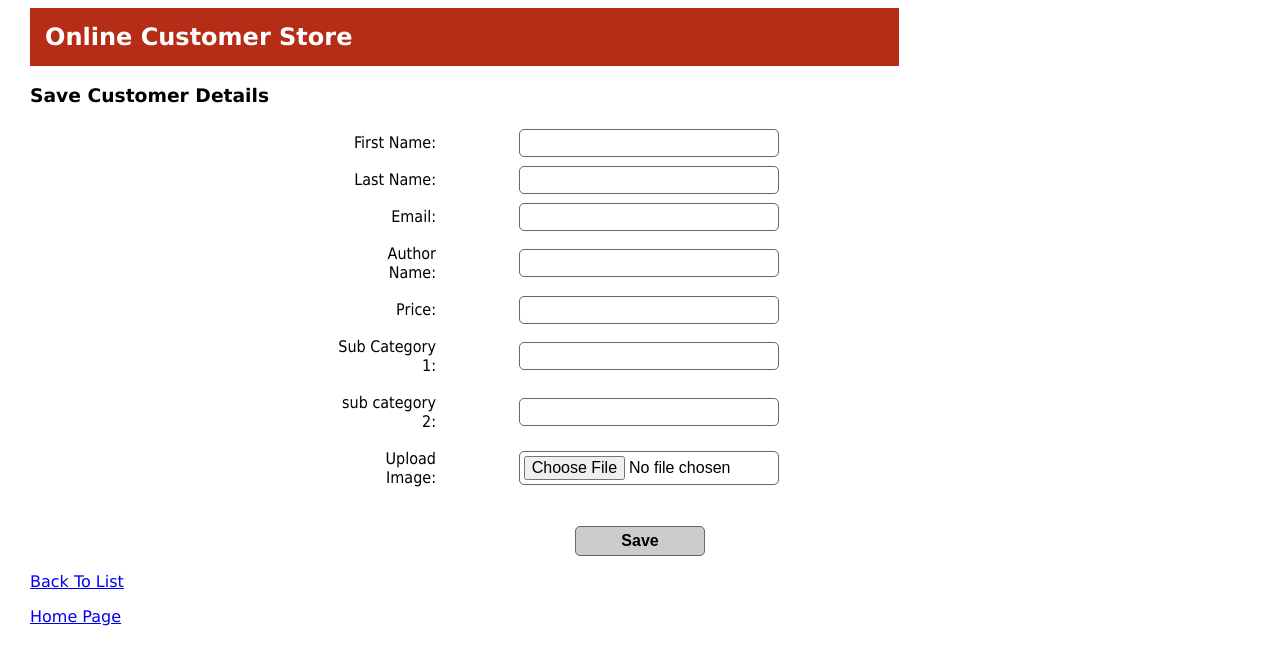
Repository: vsc8791/IMS
Page: http://localhost/onlinebookstore/WEB-INF/view/customer-form.jsp
The author's editor kept a copy of each file at every save. The page is drawn from the files as they stood at one save, then again after the next save.
The browser window is 1280 px wide. The pictures show the whole page.
The page is served by Tomcat 9. Nobody is signed in. Other server files are loaded and not shown. The template is opened directly, without the code that normally fills it, so the values that code supplies are empty.

Above is the page before, as saved 2018-07-30 13:46:14.

### onlinebookstore/WebContent/WEB-INF/view/customer-form.jsp
 <%@ taglib prefix="form" uri="http://www.springframework.org/tags/form"%>
<!DOCTYPE html>
<html>
<head>

<title>Save Customer</title>
<link type="text/css" rel="stylesheet"
	href="${pageContext.request.contextPath}/resources/css/style.css">

<title>Save Customer</title>
<link type="text/css" rel="stylesheet"
	href="${pageContext.request.contextPath}/resources/css/add-customer-style.css">
</head>
<body>
	<div id="wrapper">
		<div id="header">
			<h2>Online Customer Store</h2>
		</div>
	</div>
	<div>
		<h3>Save Customer Details</h3>
		<form:form action="saveCustomer" modelAttribute="customer"
			method="POST">
			<!-- need to associate this data with Customer Id -->
			<form:hidden path="id"/>

			<table align="center">
				<tbody>

					<tr>
						<td><label>First Name:</label></td>
						<td><form:input path="firstname" /></td>
					</tr>

					<tr>
						<td><label>Last Name:</label></td>
						<td><form:input path="lastname" /></td>
					</tr>

					<tr>
						<td><label>Email:</label></td>
						<td><form:input path="email" type="email" /></td>
					</tr>


					<tr>
						<td><label>Author Name:</label></td>
						<td><form:input path="author"/></td>
					</tr>
					<tr>
						<td><label>Price:</label></td>
						<td><form:input path="price" type="number" /></td>
					</tr>
					<tr>
						<td><label>Sub Category 1:</label></td>
						<td><form:input path="subcategory1" /></td>
					</tr>
					<tr>
						<td><label>sub category 2:</label></td>
						<td><form:input path="subcategory2"/></td>
					</tr>

					<tr>
						<td><label>Upload Image:</label></td>
						<td><form:input path="imgpath"  type="file"/></td>
					</tr>

				</tbody>

			</table>
			<center><input  type="submit" value="Save" class="save" /></center>
		</form:form>
		<!--  <center><input  type="submit" value="Save" class="save"/> </center> -->
		<div style="clear;both;"></div>
		<p><a href="${pageContext.request.contextPath}/customer/list">Back To List</a></p>
			<a href="http://localhost:8082/onlinebookstore/">Home Page</a>
	</div>

</body>


</html>

### onlinebookstore/WebContent/resources/css/style.css
html, body{
	margin-left:15px; margin-right:15px;
	padding:0px;
	font-family:Verdana, Arial, Helvetica, sans-serif;
}

table {
	border-collapse:collapse;
	border-bottom:1px solid gray;
	font-family: Tahoma,Verdana,Segoe,sans-serif;
	width:72%;
}

th {
	border-bottom:1px solid gray;
	background:none repeat scroll 0 0 #ff8080;
	padding:10px;
	color: #FFFFFF;
}

tr {
	border-top:1px solid gray;
	text-align:center;
}

tr:nth-child(even) {background: #FFFFFF}
tr:nth-child(odd) {background: #BBBBBB}

#wrapper {width: 100%; margin-top: 0px; }
#header {width: 70%; background:#b52c17; margin-top: 0px; padding:15px 0px 15px 15px;}
#header h2 {width: 100%; margin:auto; color: #FFFFFF;}
#container {width: 100%; margin:auto}
#container h3 {color: #000;}
#container #content {margin-top: 20px;}

.add-button {
	border: 1px solid #666;
	border-radius: 5px;
	padding: 4px;
	font-size: 12px;
	font-weight: bold;
	width: 120px;
	padding: 5px 10px;

	margin-bottom: 15px;
	background: #cccccc;
}

Loaded but not shown: onlinebookstore/WebContent/resources/css/add-customer-style.css (common file)

After the next save:
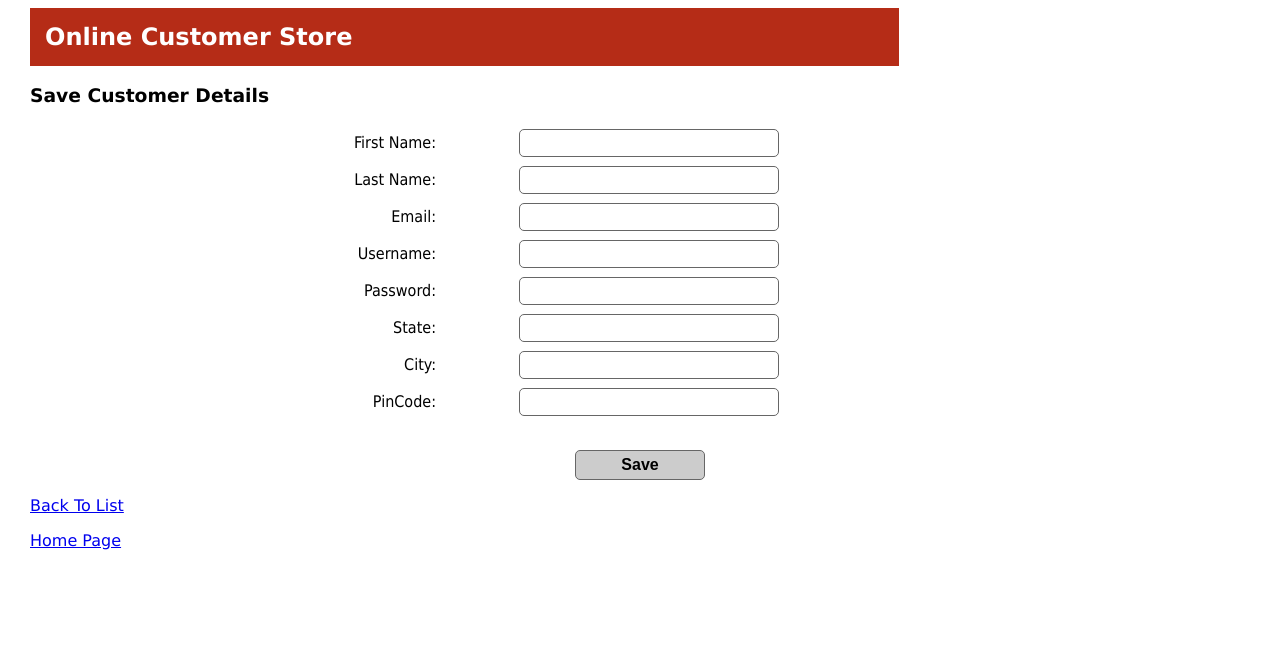
Saved 110 s later.
--- a/onlinebookstore/WebContent/WEB-INF/view/customer-form.jsp
+++ b/onlinebookstore/WebContent/WEB-INF/view/customer-form.jsp
@@ -44,25 +44,25 @@
 
 
 					<tr>
-						<td><label>Author Name:</label></td>
-						<td><form:input path="author"/></td>
+						<td><label>Username:</label></td>
+						<td><form:input path="username"/></td>
 					</tr>
 					<tr>
-						<td><label>Price:</label></td>
-						<td><form:input path="price" type="number" /></td>
+						<td><label>Password:</label></td>
+						<td><form:input path="password" type="password" /></td>
 					</tr>
 					<tr>
-						<td><label>Sub Category 1:</label></td>
-						<td><form:input path="subcategory1" /></td>
+						<td><label>State:</label></td>
+						<td><form:input path="state" /></td>
 					</tr>
 					<tr>
-						<td><label>sub category 2:</label></td>
-						<td><form:input path="subcategory2"/></td>
+						<td><label>City:</label></td>
+						<td><form:input path="city"/></td>
 					</tr>
 
 					<tr>
-						<td><label>Upload Image:</label></td>
-						<td><form:input path="imgpath"  type="file"/></td>
+						<td><label>PinCode:</label></td>
+						<td><form:input path="pincode"  type="number"/></td>
 					</tr>
 
 				</tbody>
